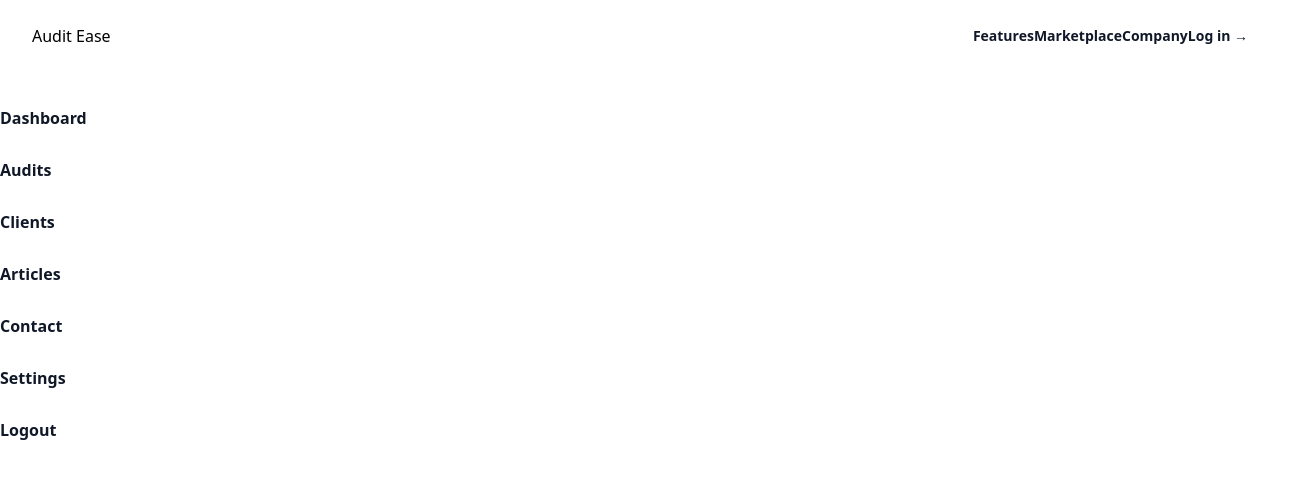
Repository: EclipticCode/Audit-Ease-FE
Page: /
The author's editor kept a copy of each file at every save. The page is drawn from the files as they stood at one save, then again after the next save.
The browser window is 1280 px wide. The page is 1292 px wide, so the pictures cover 1292 px, including what lies to the right of the window. The pictures show the whole page.
The project was rebuilt for these pictures with package versions that can differ from the ones it lists, and the page was loaded fresh each time. Also part of the build but not shown: vite.config.js, Login.jsx.

Above is the page before, as saved 2025-03-27 19:27:44.

After the next save:
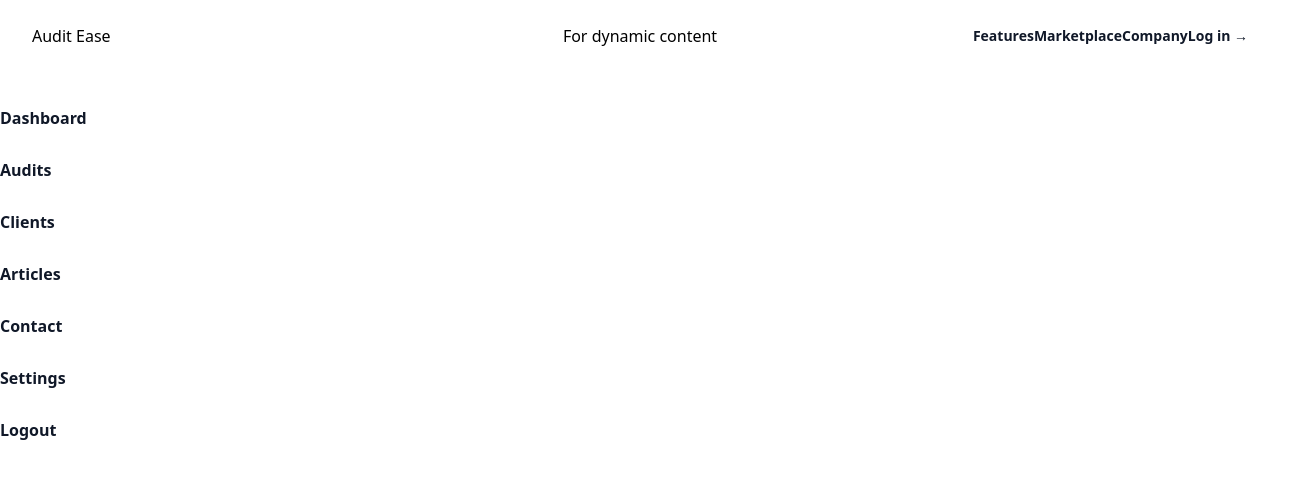
Saved 6 s later.
--- a/src/Navbar.jsx
+++ b/src/Navbar.jsx
@@ -12,7 +12,7 @@ const Navbar = () => {
           </a>
         </div>
         <div>
-
+            For dynamic content
         </div>
 
         <div className="hidden lg:flex lg:flex-1 lg:justify-end">
